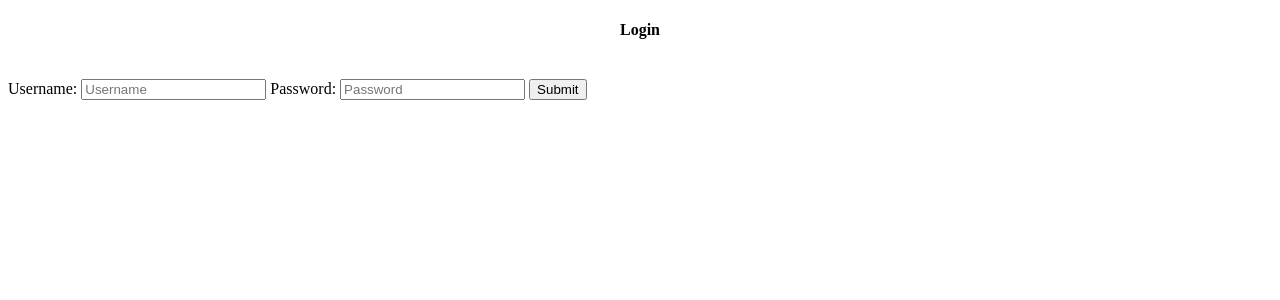
Repository: sowmini-nats/git-spring-project
Page: eclipse-workspace-servlet/MyDemoP/src/main/webapp/LoginPage.html
An editor plug-in stored every save of this project. The page is shown before and after the next save, followed by the edit.
The browser window is 1280 px wide. The pictures show the whole page.

Above is the page before, as saved 2023-10-14 13:18:02.

### eclipse-workspace-servlet/MyDemoP/src/main/webapp/LoginPage.html
<!DOCTYPE html>
<html>
<head>
<meta charset="ISO-8859-1">
<title>Insert title here</title>
</head>
<body>
	<center><h4>Login</h4></center>
	<br/>
	<form action="" method="get">
		Username: <input type="text" placeholder="Username" name="username"/>
		Password: <input type="password" placeholder="Password" name="password"/>
		<input type="button" value="Submit"/>
	</form>
</body>
</html>

After the next save:
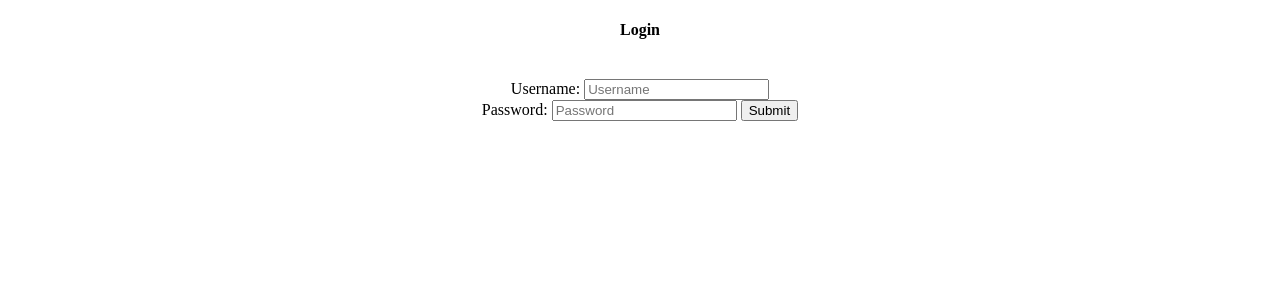
Saved 2 min 28 s later.
--- a/eclipse-workspace-servlet/MyDemoP/src/main/webapp/LoginPage.html
+++ b/eclipse-workspace-servlet/MyDemoP/src/main/webapp/LoginPage.html
@@ -5,12 +5,13 @@
 <title>Insert title here</title>
 </head>
 <body>
-	<center><h4>Login</h4></center>
+	<center><h4>Login</h4>
 	<br/>
 	<form action="" method="get">
-		Username: <input type="text" placeholder="Username" name="username"/>
+		Username: <input type="text" placeholder="Username" name="username"/><br/>
 		Password: <input type="password" placeholder="Password" name="password"/>
 		<input type="button" value="Submit"/>
 	</form>
+	</center>
 </body>
 </html>
